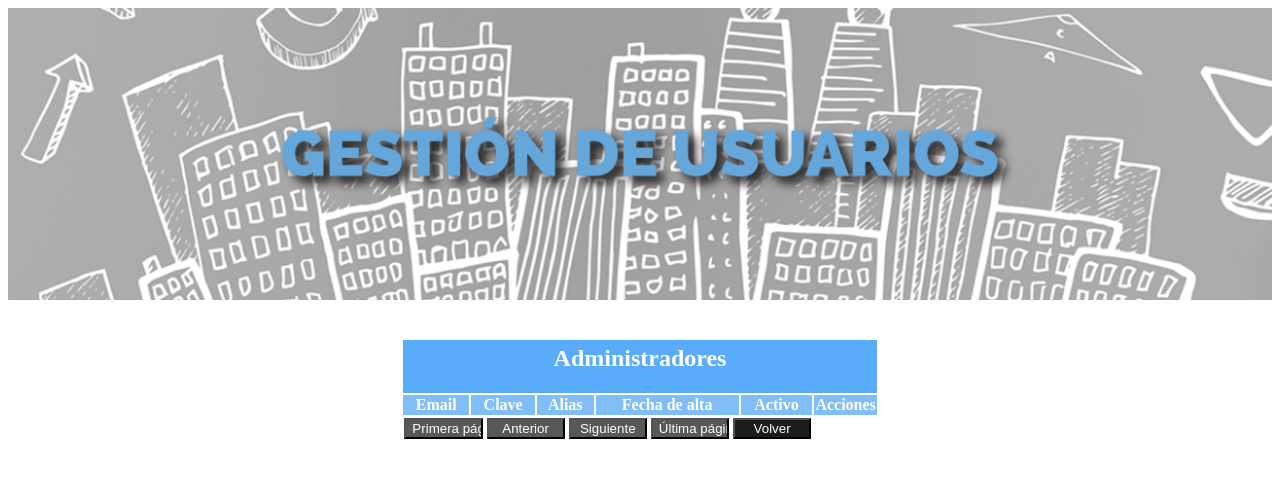
Repository: maguria/usuariosmj
Page: http://localhost/usuario/administradores.php?page=1
The author's editor kept a record of every edit. The page is drawn from the files as they stood at one moment, then again after the next edit.
The browser window is 1280 px wide. The pictures show the whole page.
The page is run by PHP 8.4 with error messages shown; the project is at /var/www/html/. Queries for data that is not in the repository find no rows.

Above is the page before.

After the next edit:
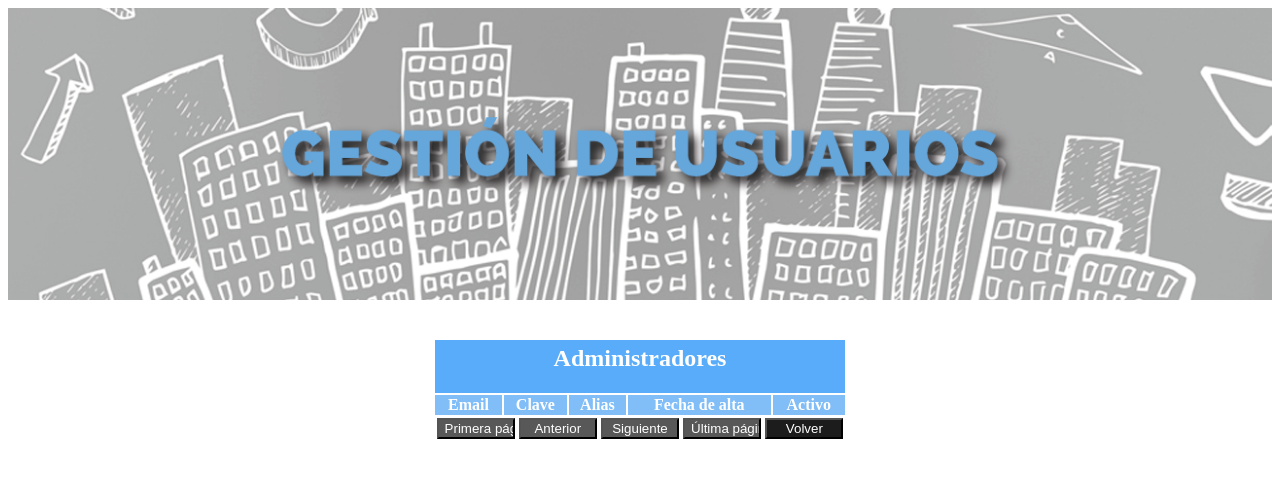
The edit:
--- a/usuario/administradores.php
+++ b/usuario/administradores.php
@@ -36,7 +36,6 @@
                         <th class="thdos">Alias</th>
                         <th class="thdos">Fecha de alta</th>
                         <th class="thdos">Activo</th>
-                        <th colspan="4" class="thdos">Acciones</th>
 
                         <?php
                             foreach ($usuarios as $indice => $usuario) {
